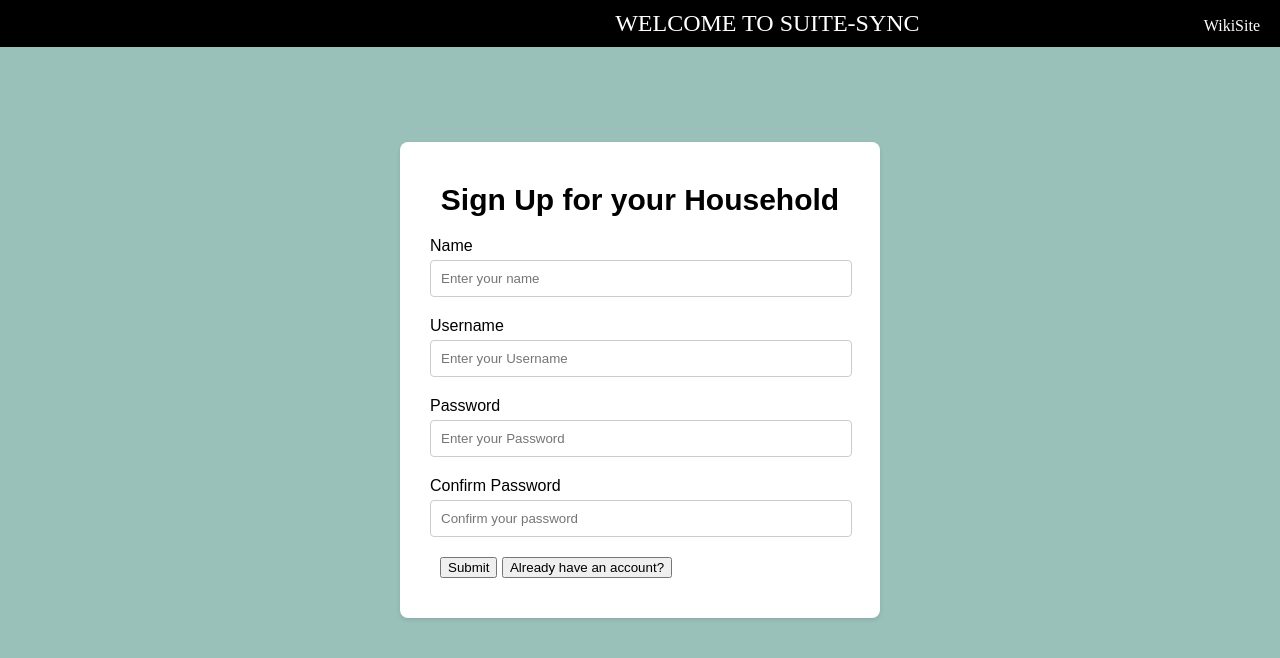
Repository: seojoonl/household-management-webapp
Page: http://localhost/201_final_project/signup.html
The author's editor kept a copy of each file at every save. The page is drawn from the files as they stood at one save, then again after the next save.
The browser window is 1280 px wide. The pictures show the whole page.
The page is served by Tomcat 9.

Above is the page before, as saved 2024-05-07 08:00:02.

After the next save:
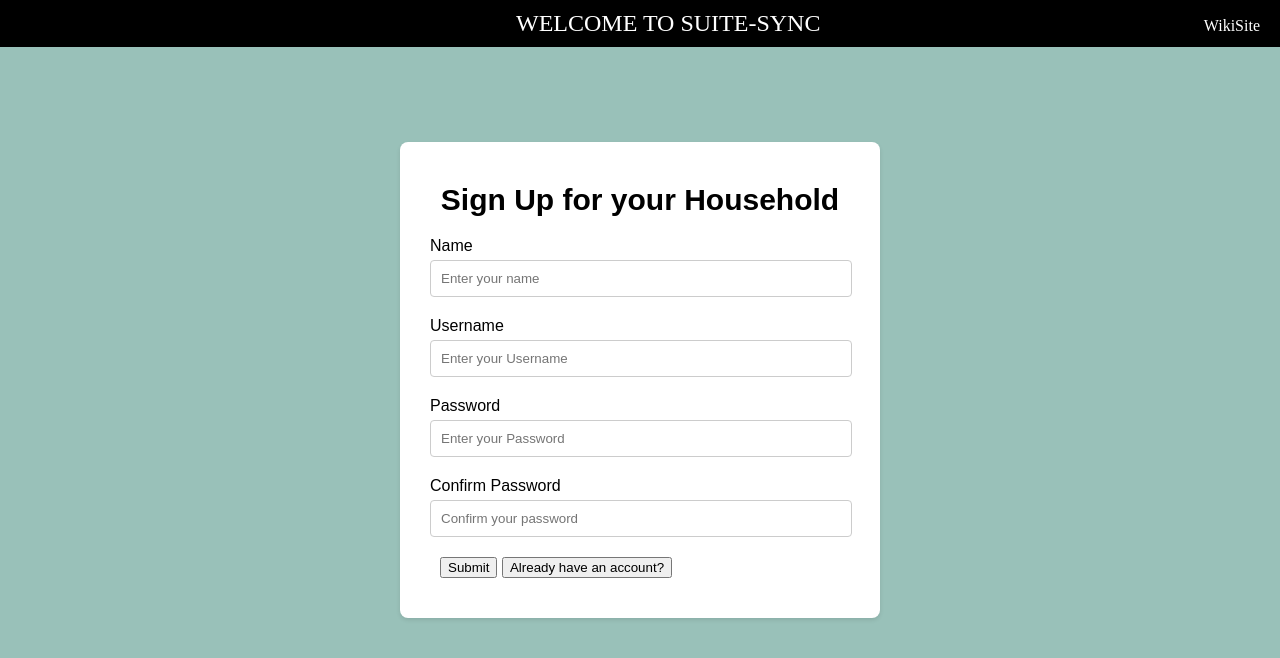
Saved 15 s later.
--- a/201_final_project/src/main/webapp/style.css
+++ b/201_final_project/src/main/webapp/style.css
@@ -30,7 +30,7 @@ header .wiki {
 
 header .household
 {
-    margin-left: 48%;
+    margin-left: 40%;
     margin-right: auto;
 }
 
